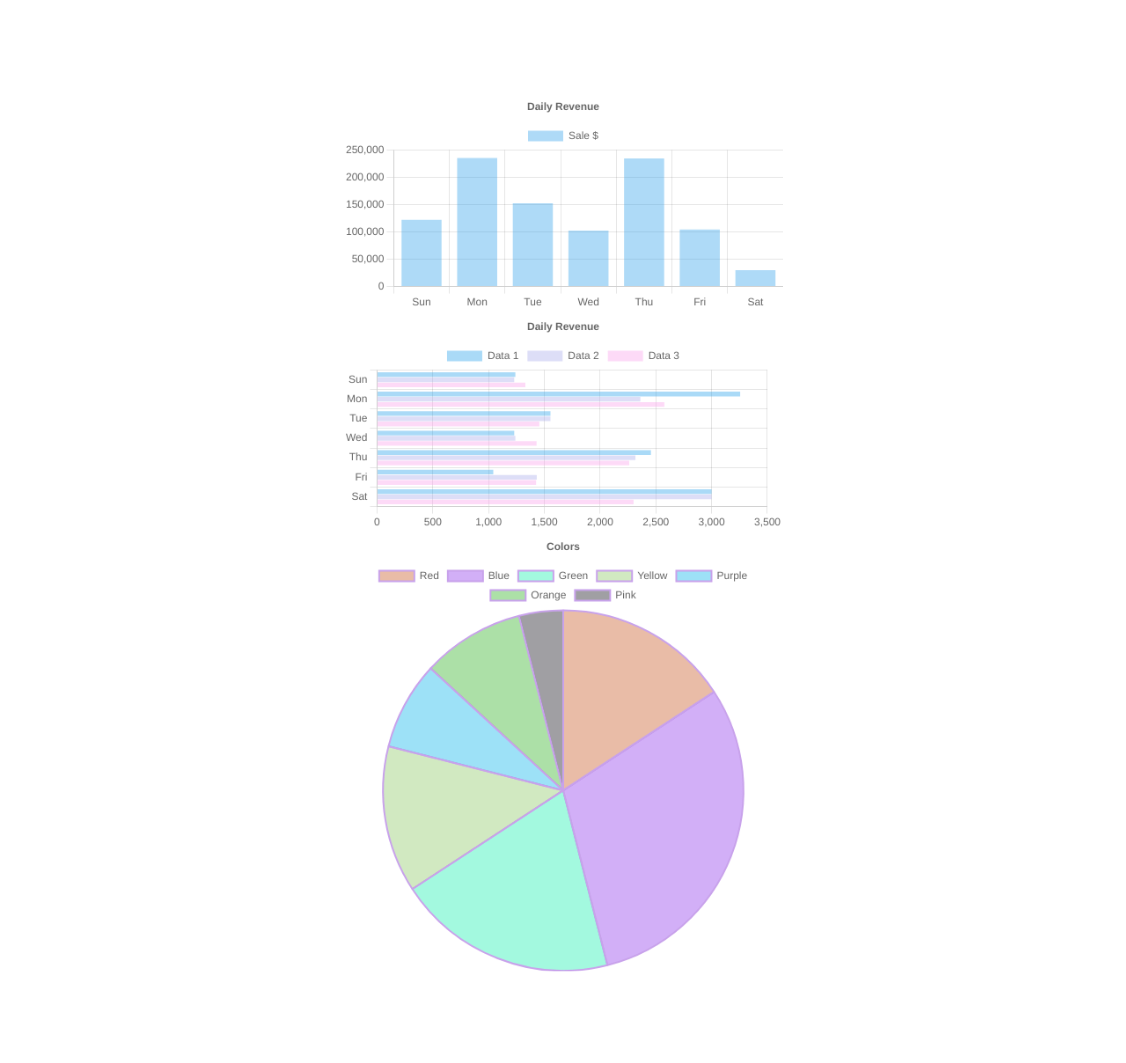
Repository: k8ANStar/exercise-5
Page: /
These files come from the project's save history. The page is drawn as it stood at one moment and after a run of saves; the edit follows.
The browser window is 1280 px wide. The pictures show the whole page, at 88% of full size.
The project was rebuilt for these pictures with package versions that can differ from the ones it lists, and the page was loaded fresh each time. The framework's server and built-in components were replaced by stand-ins that run in the browser. Also part of the build but not shown: next.config.mjs.

Above is the page before, as saved 2024-04-15 10:43:16.

After the next 4 saves:
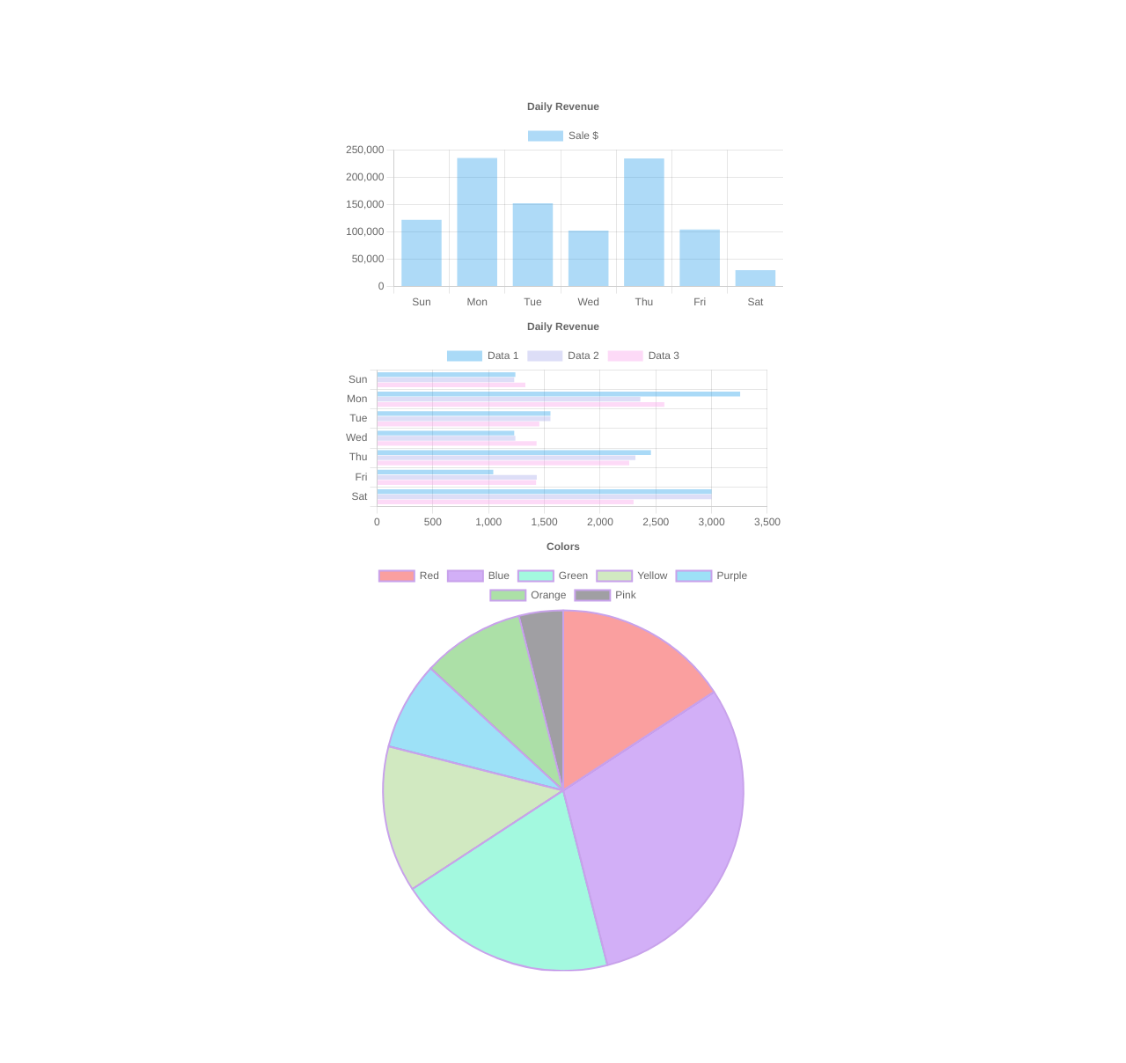
The 4 saves are shown as one change because they came seconds apart.
The last was saved 12 s later.
--- a/components/PieChart/index.js
+++ b/components/PieChart/index.js
@@ -27,7 +27,7 @@ export default function PieChart() {
 					data: [12, 23, 15, 10, 6, 7, 3],
 					borderColor: "rgb(200, 162, 235)",
 					backgroundColor: [
-						"rgb(200, 89, 35, 0.4)",
+						"rgb(242, 15, 15, 0.4)",
 						"rgb(143, 56, 234, 0.4)",
 						"rgb(25, 240, 175, 0.4)",
 						"rgb(140, 200, 100, 0.4)",
